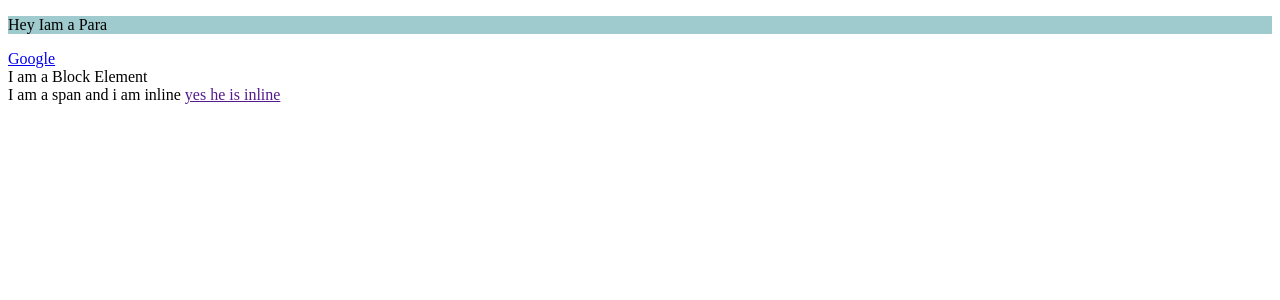
Repository: Mohan2347/Project-2
Page: 6.html
The author's editor kept a copy of each file at every save. The page is drawn from the files as they stood at one save, then again after a run of saves.
The browser window is 1280 px wide. The pictures show the whole page.

Above is the page before, as saved 2024-11-13 21:43:19.

After the next 4 saves:
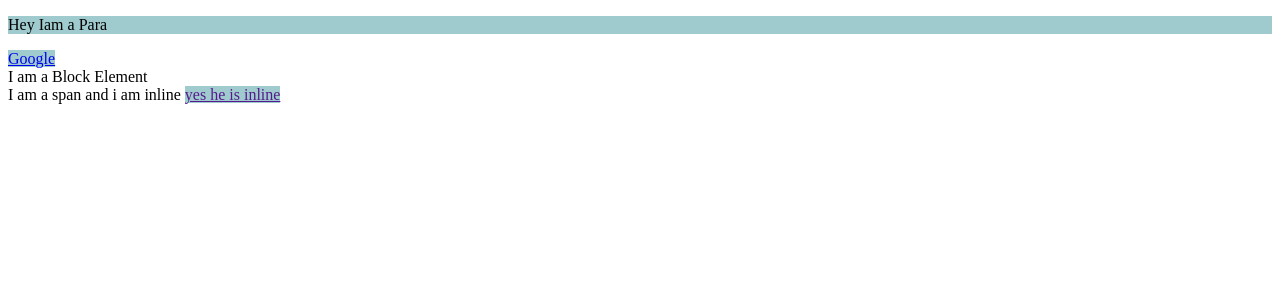
The 4 saves are shown as one change because they came seconds apart.
The last was saved 23 s later.
--- a/3.css
+++ b/3.css
@@ -3,5 +3,5 @@ p{
 }
 
 a{
-    background-color: rgb;
+    background-color: rgb(160, 203, 206);
 }
